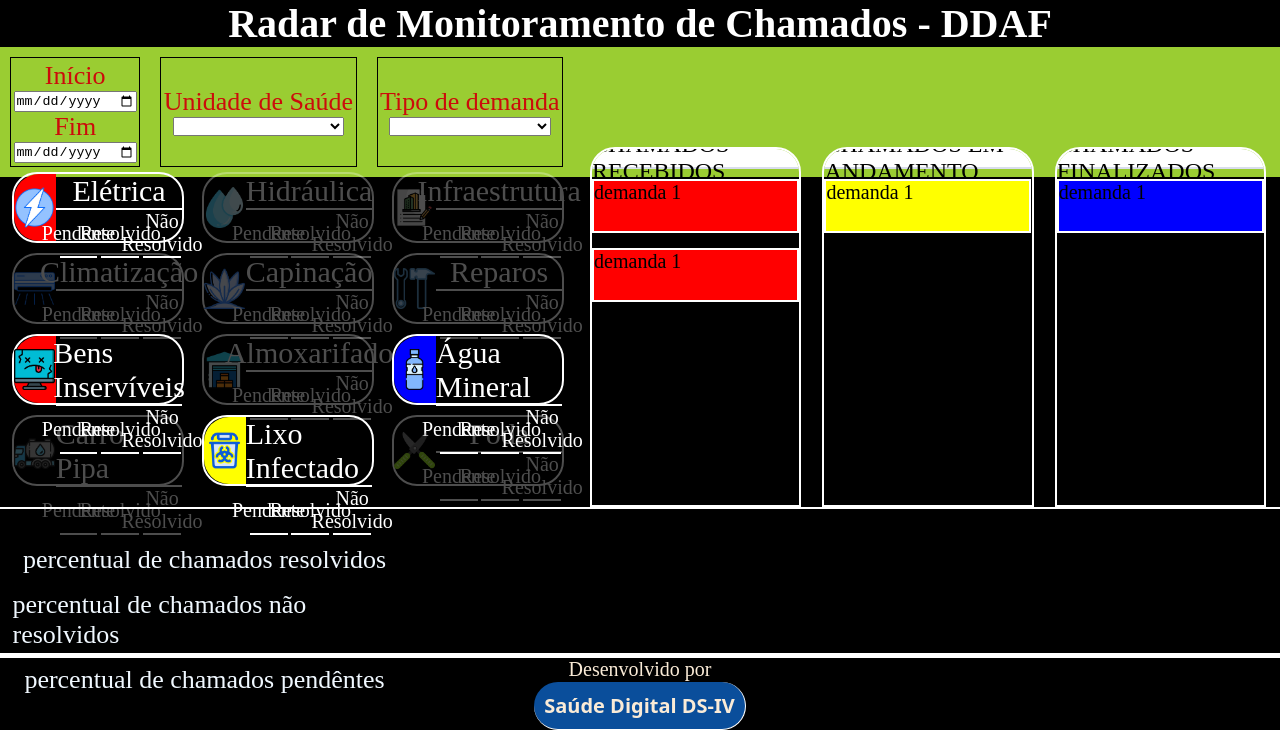
Repository: br-on/ddaf-chamados
Page: index.html
These files come from the project's save history. The page is drawn as it stood at one moment and after the next save; the edit follows.
The browser window is 1280 px wide. The pictures show the whole page.

Above is the page before, as saved 2025-01-25 01:11:31.

### index.html
<!DOCTYPE html>
<html lang="pt-br">
<head>
    <meta charset="UTF-8">
    <meta name="viewport" content="width=device-width, initial-scale=1.0">
    <link rel="stylesheet" href="style.css">
    <title>Radar de Chamados</title>

</head>
<body>
    <header>
       <center><h1>Radar de Monitoramento de Chamados - DDAF</h1></center>
        <section class="filtros">
            <div class="opcao-filtro">
                <label for="">Início</label>
                <input type="date">
                <label for="">Fim</label>
                <input type="date">
            </div>
            <div class="opcao-filtro">
                <label for="">Unidade de Saúde</label>
                <select name="" id="">
                    <option value=""> </option>
                    <option value="">Unidade X</option>
                    <option value="">Unidade X</option>
                    <option value="">Unidade X</option>
                    <option value="">Unidade X</option>
                </select>
            </div>
            <div class="opcao-filtro">
                <label for="">Tipo de demanda</label>
                <select name="" id="">
                    <option value=""> </option>
                    <option value="">Demanda X</option>
                    <option value="">Demanda X</option>
                    <option value="">Demanda X</option>
                    <option value="">Demanda X</option>
                </select>
            </div>
        </section>
    </header>
    <main>
        <section class="tipos-demandas">
            <div class="demanda-tipo">
                <div class="img-tipo-demanda red">
                    <img src="img/tipo-demanda-eletrica.png" alt="">
                </div>
                <div class="info-tipo-demanda">
                    <div class="titulo-tipo-demanda">Elétrica</div>
                    <div class="contagem-tipo-demanda">
                        <div class="caixa-finalizado">Pendente</div>
                        <div class="caixa-finalizado">Resolvido</div>
                        <div class="caixa-finalizado"><center>Não Resolvido</center></div>
                    </div>
                </div>
            </div>
            <div class="demanda-tipo  div-opaca">
                <div class="img-tipo-demanda">
                    <img src="img/tipo-demanda-hidráulica.png" alt="">
                </div>
                <div class="info-tipo-demanda">
                    <div class="titulo-tipo-demanda">Hidráulica</div>
                    <div class="contagem-tipo-demanda">
                        <div class="caixa-finalizado">Pendente</div>
                        <div class="caixa-finalizado">Resolvido</div>
                        <div class="caixa-finalizado"><center>Não Resolvido</center></div>
                    </div>
                </div>
            </div>
            <div class="demanda-tipo div-opaca">
                <div class="img-tipo-demanda">
                    <img src="img/tipo-demanda-infraestrutura.png" alt="">
                </div>
                <div class="info-tipo-demanda">
                    <div class="titulo-tipo-demanda">Infraestrutura</div>
                    <div class="contagem-tipo-demanda">
                        <div class="caixa-finalizado">Pendente</div>
                        <div class="caixa-finalizado">Resolvido</div>
                        <div class="caixa-finalizado"><center>Não Resolvido</center></div>
                    </div>
                </div>
            </div>
            <div class="demanda-tipo div-opaca">
                <div class="img-tipo-demanda">
                    <img src="img/tipo-demanda-climatizacao.png" alt="">
                </div>
                <div class="info-tipo-demanda">
                    <div class="titulo-tipo-demanda">Climatização</div>
                    <div class="contagem-tipo-demanda">
                        <div class="caixa-finalizado">Pendente</div>
                        <div class="caixa-finalizado">Resolvido</div>
                        <div class="caixa-finalizado"><center>Não Resolvido</center></div>
                    </div>
                </div>
            </div>
            <div class="demanda-tipo div-opaca">
                <div class="img-tipo-demanda">
                    <img src="img/tipo-demanda-capinacao.png" alt="">
                </div>
                <div class="info-tipo-demanda">
                    <div class="titulo-tipo-demanda">Capinação</div>
                    <div class="contagem-tipo-demanda">
                        <div class="caixa-finalizado">Pendente</div>
                        <div class="caixa-finalizado">Resolvido</div>
                        <div class="caixa-finalizado"><center>Não Resolvido</center></div>
                    </div>
                </div>
            </div>
            <div class="demanda-tipo div-opaca">
                <div class="img-tipo-demanda">
                    <img src="img/tipo-demanda-reparos.png" alt="">
                </div>
                <div class="info-tipo-demanda">
                    <div class="titulo-tipo-demanda">Reparos</div>
                    <div class="contagem-tipo-demanda">
                        <div class="caixa-finalizado">Pendente</div>
                        <div class="caixa-finalizado">Resolvido</div>
                        <div class="caixa-finalizado"><center>Não Resolvido</center></div>
                    </div>
                </div>
            </div>
            <div class="demanda-tipo">
                <div class="img-tipo-demanda red">
                    <img src="img/tipo-demanda-inserviveis.png" alt="">
                </div>
                <div class="info-tipo-demanda">
                    <div class="titulo-tipo-demanda">Bens Inservíveis</div>
                    <div class="contagem-tipo-demanda">
                        <div class="caixa-finalizado">Pendente</div>
                        <div class="caixa-finalizado">Resolvido</div>
                        <div class="caixa-finalizado"><center>Não Resolvido</center></div>
                    </div>
                </div>
            </div>
            <div class="demanda-tipo div-opaca">
                <div class="img-tipo-demanda">
                    <img src="img/tipo-demanda-almoxarifado.png" alt="">
                </div>
                <div class="info-tipo-demanda">
                    <div class="titulo-tipo-demanda">Almoxarifado</div>
                    <div class="contagem-tipo-demanda">
                        <div class="caixa-finalizado">Pendente</div>
                        <div class="caixa-finalizado">Resolvido</div>
                        <div class="caixa-finalizado"><center>Não Resolvido</center></div>
                    </div>
                </div>
            </div>
            <div class="demanda-tipo">
                <div class="img-tipo-demanda blue">
                    <img src="img/tipo-demanda-agua-minireal.png" alt="">
                </div>
                <div class="info-tipo-demanda">
                    <div class="titulo-tipo-demanda">Água Mineral</div>
                    <div class="contagem-tipo-demanda">
                        <div class="caixa-finalizado">Pendente</div>
                        <div class="caixa-finalizado">Resolvido</div>
                        <div class="caixa-finalizado"><center>Não Resolvido</center></div>
                    </div>
                </div>
            </div>
            <div class="demanda-tipo div-opaca">
                <div class="img-tipo-demanda">
                    <img src="img/tipo-demanda-carro-pipa.png" alt="">
                </div>
                <div class="info-tipo-demanda">
                    <div class="titulo-tipo-demanda">Carro Pipa</div>
                    <div class="contagem-tipo-demanda">
                        <div class="caixa-finalizado">Pendente</div>
                        <div class="caixa-finalizado">Resolvido</div>
                        <div class="caixa-finalizado"><center>Não Resolvido</center></div>
                    </div>
                </div>
            </div>
            <div class="demanda-tipo">
                <div class="img-tipo-demanda yellow">
                    <img src="img/tipo-demanda-lixo-infectado.png" alt="">
                </div>
                <div class="info-tipo-demanda">
                    <div class="titulo-tipo-demanda">Lixo Infectado</div>
                    <div class="contagem-tipo-demanda">
                        <div class="caixa-finalizado">Pendente</div>
                        <div class="caixa-finalizado">Resolvido</div>
                        <div class="caixa-finalizado"><center>Não Resolvido</center></div>
                    </div>
                </div>
            </div>
            <div class="demanda-tipo div-opaca">
                <div class="img-tipo-demanda">
                    <img src="img/tipo-demanda-poda.png" alt="">
                </div>
                <div class="info-tipo-demanda">
                    <div class="titulo-tipo-demanda">Poda</div>
                    <div class="contagem-tipo-demanda">
                        <div class="caixa-finalizado">Pendente</div>
                        <div class="caixa-finalizado">Resolvido</div>
                        <div class="caixa-finalizado"><center>Não Resolvido</center></div>
                    </div>
                </div>
            </div>
        </section>
        <section class="andamento-demandas">
            <div class="demanda-andamento">
                <div class="titulo-andamento">CHAMADOS RECEBIDOS</div>
                <div class="area-andamento">
                    <div class="demanda red">
                        demanda 1
                    </div>
                    <div class="demanda red">
                        demanda 1
                    </div>
                </div>
            </div>
            <div class="demanda-andamento">
                <div class="titulo-andamento">CHAMADOS EM ANDAMENTO</div>
                <div class="area-andamento">
                    <div class="demanda yellow">
                        demanda 1
                    </div>
                </div>
            </div>
            <div class="demanda-andamento">
                <div class="titulo-andamento">CHAMADOS FINALIZADOS</div>
                <div class="area-andamento">
                    <div class="demanda blue">
                        demanda 1
                    </div>
                </div>
            </div>
        </section>
    </main>
    <section class="percentual">Relatório Geral
        <div class="relatorio-geral">
            percentual de chamados resolvidos
        </div>
        <div class="relatorio-geral">
            percentual de chamados não resolvidos
        </div>
        <div class="relatorio-geral">
            percentual de chamados pendêntes
        </div>
    </section>
    <footer> Desenvolvido por
        <div class="footer-sdds4">Saúde Digital DS-IV</div>
    </footer>
</body>
</html>

### style.css
* {
    margin: 0;
    padding: 0;
}
body {
    background-color: black;
    display: flex;
    height: 100vh;
    flex-direction: column;
}
header {
    height: 10vh;
    border-bottom: solid 3px white ;
    display: flex;
    flex-direction: column;
    align-items: center;
    justify-content: center;
}
header h1 {
    color: white;
    font-family:'Times New Roman', Times, serif
}
main {
    height: 70vh;
}
.percentual {
    height: 15vh;
    border-top: solid 2px white;
}
footer {
    height:5vh;
    display: flex;
    flex-direction: column;
    align-items: center;
    justify-content: center;
    color: antiquewhite;
    border-top: solid 5px white;
}
.filtros {
    display: flex;
}
.tipos-demandas {
    height: 45%;
    display: grid;
    justify-content: center;
    grid-template-columns: 30% 30% 30%;
    grid-template-rows: 22.5% 22.5% 22.5% 22.5%;
    column-gap: 3%;
}
.andamento-demandas {
    height: 55%;
    display: grid;
    justify-content: center;
    grid-template-columns: 30% 30% 30%;
    column-gap: 3%;
}

.demanda-tipo {
    border: solid rgb(255, 255, 255) 2px;
    border-radius: 25px;
    margin-top: 10px;
    display: flex;
}
.demanda-andamento{
    border: solid 2.5px rgb(255, 255, 255);
    border-top-left-radius: 25px;
    border-top-right-radius: 25px;
    display: flex;
    flex-direction: column;
    overflow-y: auto;
}
.titulo-andamento {
    display: flex;
    align-items: center;
    justify-content: center;
    border-bottom: solid 2px rgb(217, 221, 236);
    font-size: 1.2em;
    background-color: rgb(255, 255, 255);
    border-top-left-radius: 20px;
    border-top-right-radius: 20px;
    height: 5%;
}
.area-andamento {
    height: 95%;
    display: flex;
    flex-direction: column;
    overflow-y: auto;
    overflow-x: hidden;
    box-sizing: border-box;
    margin-top: 10px;
}
.demanda {
    background-color: brown;
    margin-bottom: 15px;
    min-height: 50px;
    border: solid 2px white;
    width: 98%;
}
.footer-sdds4{
    margin-top: 1.5px;
    background-color: rgb(10, 78, 155);
    border-radius: 30px;
    padding: 10px;
    font-family:system-ui, -apple-system, BlinkMacSystemFont, 'Segoe UI', Roboto, Oxygen, Ubuntu, Cantarell, 'Open Sans', 'Helvetica Neue', sans-serif;
    font-weight: bold;
    border-bottom: solid 1px white;
    border-right: solid 0.8px white;
}
.opcao-filtro, .relatorio-geral {
    color: aliceblue;
    font-size: 1.3em;
    margin: 10px;
    display: flex;
    align-items: center;
    justify-content: center;
    padding: 2.5px;
    display: flex;
    flex-direction: column;
    width: 30vw;
}
.opcao-filtro select {
    width: 90%;
}
.img-tipo-demanda {
    width: 25%;
    border-top-left-radius: 25px;
    border-bottom-left-radius: 25px;
    display: flex;
    align-items: center;
    justify-content: center;
}
.img-tipo-demanda img {
    max-height: 90%;
    max-width: 98%;
}
.info-tipo-demanda {
    color: white;
    width: 75%;
    border-top-right-radius: 25px;
    border-bottom-right-radius: 25px;
    display: flex;
    flex-direction: column;
}
.titulo-tipo-demanda {
    font-size: 1.5em;
    border-bottom: solid 2.5px white;
    display: flex;
    align-items: center;
    justify-content: center;
}
.contagem-tipo-demanda {
    display: flex;

}
.caixa-finalizado {
    display: flex;
    align-items: center;
    justify-content: center;
    width: 30%;
    margin-left: 3%;
    border-bottom: solid 2px white;
}

.red {
    background-color: red;
}
.yellow{
    background-color: yellow;
}
.blue {
    background-color: blue;
}
.div-opaca {
    opacity: 0.3; /* Define a opacidade da div (80%) */
}

/* Media Query para telas menores que 768px */
@media (max-width: 768px) {
    body {
        height: auto;
        width: 100vw;
    }
    header {
        font-size: 0.7em;
        height: 150px;
    }
    main {
        height: auto;
    }
    .andamento-demandas {
        display: grid;
        justify-content: center;
        grid-template-columns: 100%;
        grid-template-rows: auto;
        row-gap: 5px;
    }

    .percentual {
        font-size: 0.7em;
        height: 200px;
        border-top: solid 2px rgb(255, 255, 255);
    }
    footer {
        height:50px;
        padding: 5px;
        background-color: rgb(0, 0, 0);
        border-top: solid 5px white;
    }
    .tipos-demandas {
        height: 600px;
        font-size: 0.7em;
        display: grid;
        justify-content: center;
        grid-template-columns: 45% 45%;
        grid-template-rows: 15% 15% 15% 15% 15% 15%;
        row-gap: 10px;
    }
    .demanda-tipo {
        height: 75px;
    }
    .demanda-andamento{
        background-color: cadetblue;
        height: 250px;
        margin-bottom: 15px;
    }
}
@media (min-aspect-ratio: 3/2) {
    body {
        font-size: 20px;
    }
    header {
        height: 20vh;
        border-bottom: solid 3px white ;
        display: flex;
        flex-direction: column;
        align-items: center;
        justify-content: flex-start;
    }
    .filtros {
        width: 100vw;
        display: flex;
        background-color: yellowgreen;

    }
    .opcao-filtro {
        color: rgb(204, 11, 11);
        font-size: 1.3em;
        display: flex;
        width: auto;
        padding: 2.5px;
        border: solid 1px black;
    }
    .opcao-filtro select {
        width: 90%;
    }
    main {
        height: 50vh;
        display: flex;
        flex-direction: row;
    }
    .tipos-demandas {
        width: 45%;
        height: 100%;
        margin-top: 15px;
        display: grid;
        justify-content: center;
        grid-template-columns: 30% 30% 30%;
        grid-template-rows: 22.5% 22.5% 22.5% 22.5%;
        column-gap: 3%;
    }
    .andamento-demandas {
        width: 55%;
        height: 100%;
        display: grid;
        justify-content: center;
        grid-template-columns: 30% 30% 30%;
        column-gap: 3%;
    }
    .percentual {
        height: 20vh;
        border-top: solid 2px white;
    }
    footer {
        height: 10vh;
        display: flex;
        flex-direction: column;
        align-items: center;
        justify-content: center;
        color: antiquewhite;
        border-top: solid 5px white;
    }
}

After the next save:
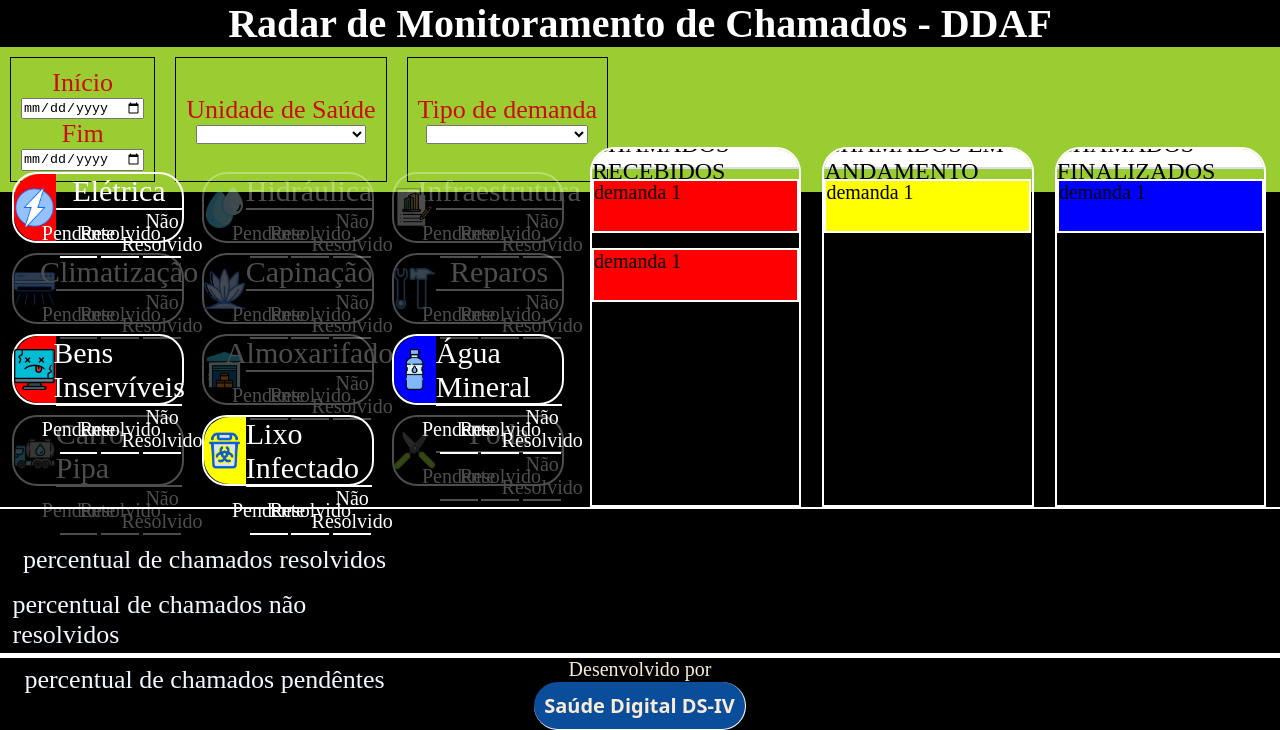
Saved 86 s later.
--- a/style.css
+++ b/style.css
@@ -247,7 +247,7 @@ footer {
         font-size: 1.3em;
         display: flex;
         width: auto;
-        padding: 2.5px;
+        padding: 10px;
         border: solid 1px black;
     }
     .opcao-filtro select {
